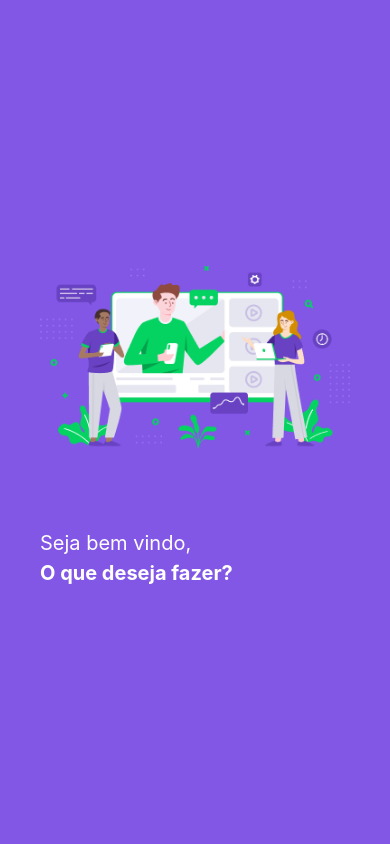
Repository: R4YC0NLima/Proffy_nlw
Screen: / (app in proffy_mobile/)
An editor plug-in stored every save of this project. The screen is shown before and after the next save, followed by the edit.
The app was drawn by React Native's web renderer in a window 390 px wide. The project was rebuilt for these pictures with package versions that can differ from the ones it lists, and the page was loaded fresh each time.

Above is the screen before, as saved 2020-08-12 08:51:52.

After the next save:
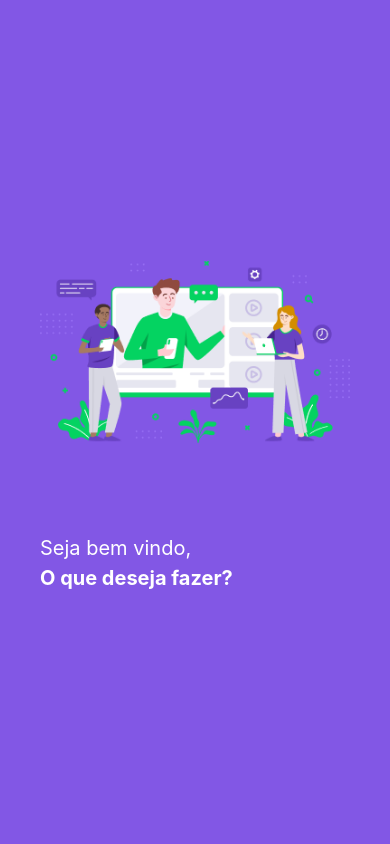
Saved 18 s later.
--- a/proffy_mobile/src/pages/Landing/styles.ts
+++ b/proffy_mobile/src/pages/Landing/styles.ts
@@ -15,7 +15,7 @@ const styles = StyleSheet.create({
     color: '#FFF',
     fontSize: 20,
     lineHeight: 30,
-    marginTop: 70,
+    marginTop: 80,
   },
   titleBold: {
     fontWeight: 'bold',
